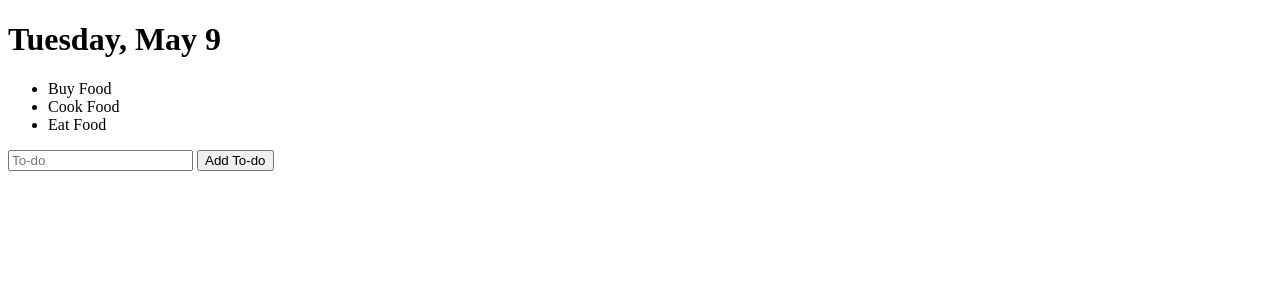
Repository: thecoachanna/todolist-v1
Page: http://localhost/
The author's editor kept a copy of each file at every save. The page is drawn from the files as they stood at one save, then again after a run of saves.
The browser window is 1280 px wide. The pictures show the whole page.
The page is served by the project's Node server (app.js).

Above is the page before, as saved 2023-05-09 07:41:08.

After the next 3 saves:
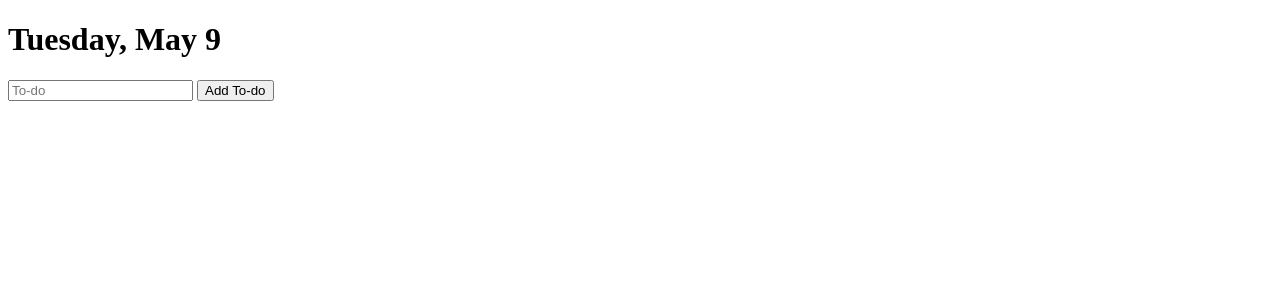
The 3 saves are shown as one change because they came seconds apart.
The last was saved 17 s later.
--- a/views/list.ejs
+++ b/views/list.ejs
@@ -15,13 +15,8 @@
 <body>
     <h1><%= kindOfDay %></h1>
     <ul>
-        <li>Buy Food</li>
-        <li>Cook Food</li>
-        <li>Eat Food</li>
         <% newListItem.map(newItem => { %>
-
                 <li> <%=newItem%> </li>
-
        <% }) %>
     </ul>
 
